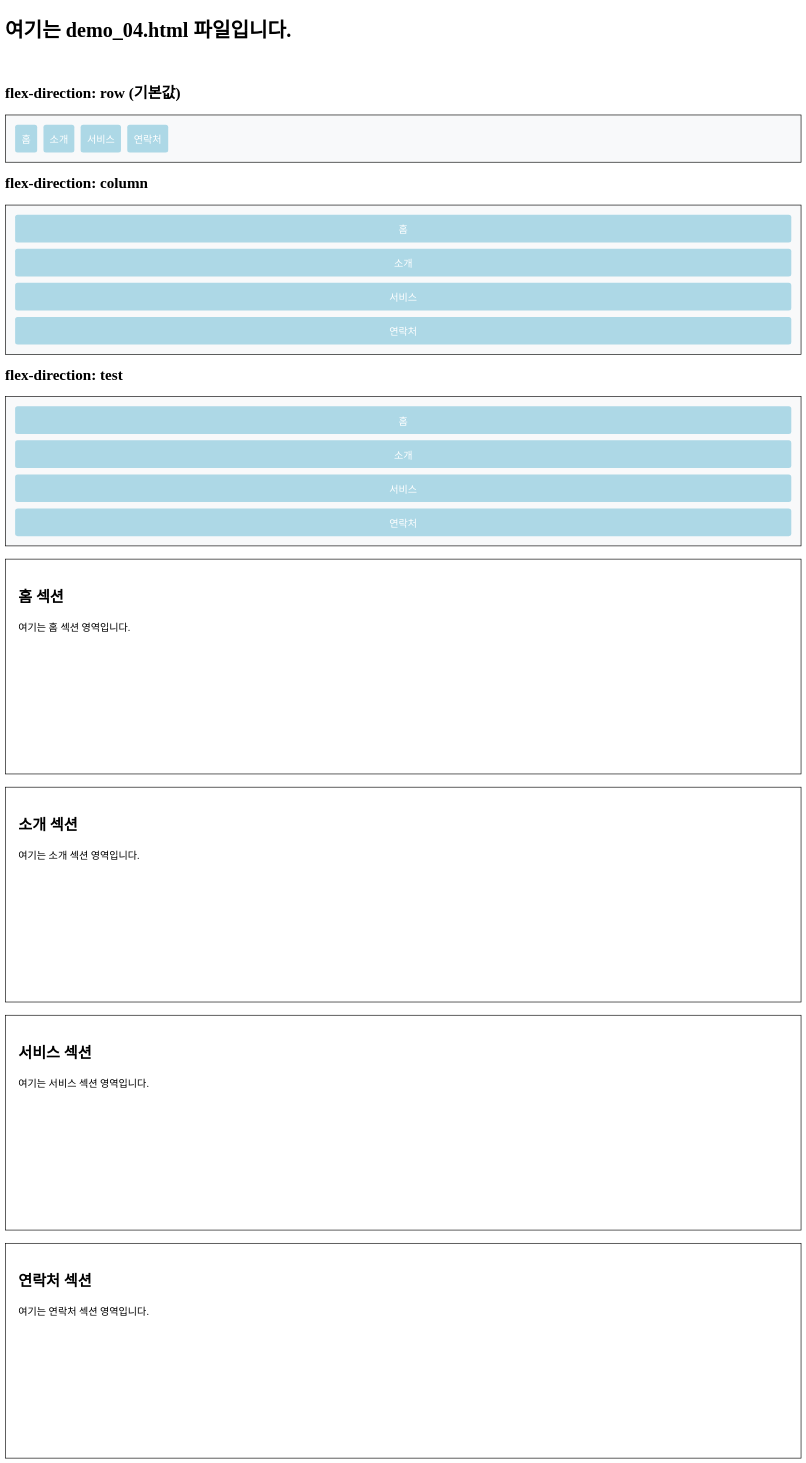
Repository: kimmingyeong225/totalJSP
Page: class_flexbox_011/src/main/webapp/demo_04.html
These files come from the project's save history. The page is drawn as it stood at one moment and after the next save; the edit follows.
The browser window is 1280 px wide. The pictures show the whole page, at 63% of full size.

Above is the page before, as saved 2024-07-01 06:49:02.

After the next save:
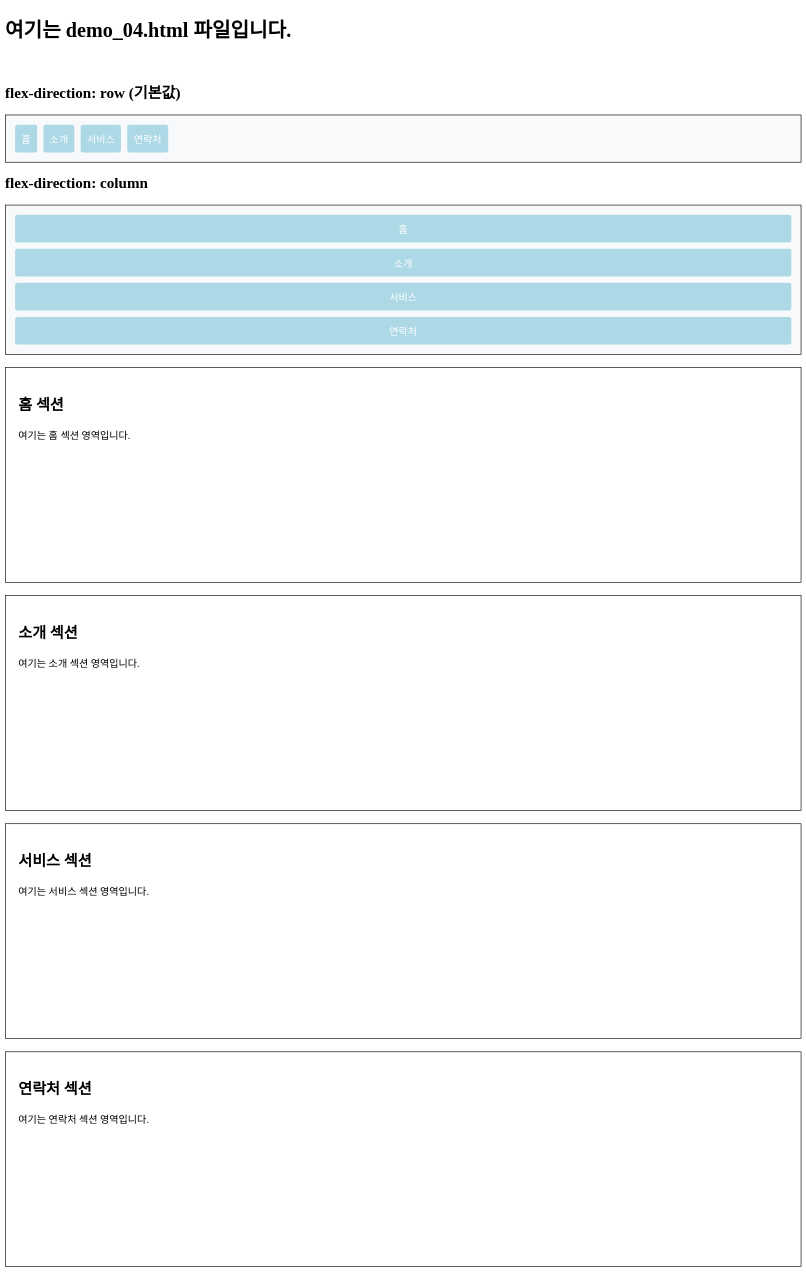
Saved 39 min 25 s later.
--- a/class_flexbox_011/src/main/webapp/demo_04.html
+++ b/class_flexbox_011/src/main/webapp/demo_04.html
@@ -78,15 +78,6 @@
         </div>
 
 
-            <h2>flex-direction: test</h2>
-        <div class="navbar1" style="flex-direction: column;">
-            <a href="#home" class="nav-item1">홈</a>
-            <a href="#about" class="nav-item1">소개</a>
-            <a href="#services" class="nav-item1">서비스</a>
-            <a href="#contact" class="nav-item1">연락처</a>
-        </div>
-
-
 
     <div class="section" id="home">
     	<h2>홈 섹션</h2>
